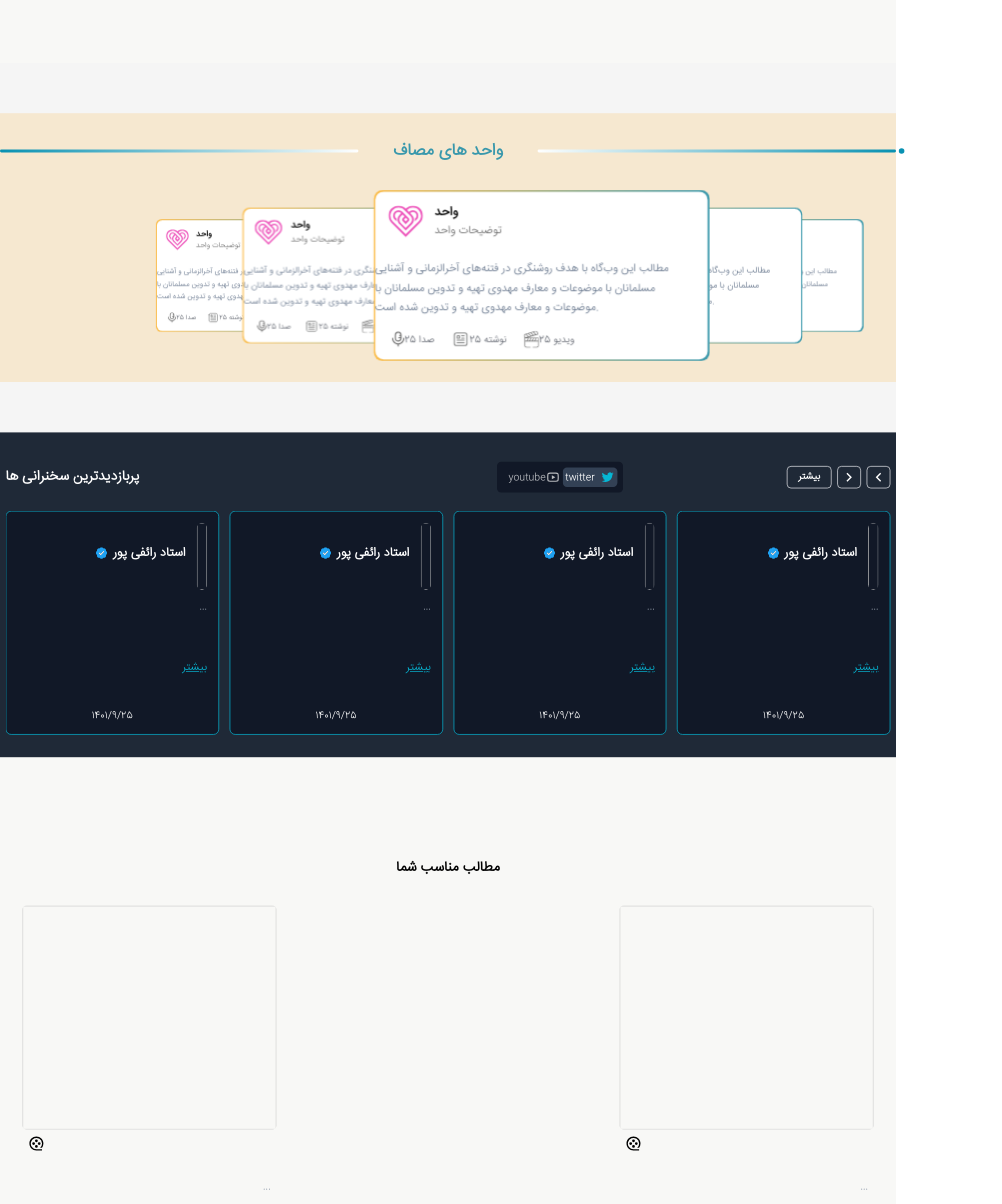
Repository: homan-tehrani/uiUserNative
Page: /
The author's editor kept a copy of each file at every save. The page is drawn from the files as they stood at one save, then again after the next save.
The browser window is 1280 px wide. The page is 1432 px wide, so the pictures cover 1432 px, including what lies to the right of the window. The pictures show the part of the page from y = 2164 to 3884 px (the page is 5134 px tall), at 70% of full size.
The page's requests for data from a server got no answer. The project was rebuilt for these pictures with package versions that can differ from the ones it lists, and the page was loaded fresh each time. The framework's server and built-in components were replaced by stand-ins that run in the browser. No one was signed in, and anything a server would have sent is missing. Also part of the build but not shown: next.config.js, src/components/MenuForUnits.js, src/components/AccordionForUnits.js, src/components/MenuResponsive.js.

Above is the page before, as saved 2023-04-25 09:48:24.

### src/pages/_app.js
import Layoute from 'components/layout/Layoute'
import 'styles/globals.css'

export default function App({ Component, pageProps }) {
  return <Layoute>
    <Component {...pageProps} />
  </Layoute>
}

### src/pages/index.js
import Head from 'next/head';
import Layoute from '../components/layout/Layoute';
import Loading from '../components/loading';
import Slider from '../components/Slider';
import Album1 from '../components/Album1';
import Invitation from '../components/Invitation';
import Album2 from '../components/Album2';
import Description from '../components/Description';
import Album3 from '../components/Album3';
import Suggestion from '../components/Suggestion';
import { useEffect } from 'react';

export default function Home({ datas }) {
  return (
    <>
      <Head>
        <title>خانه</title>
        <meta
          name="description"
          content="Generated by create next app"
        />
        <meta
          name="viewport"
          content="width=device-width, initial-scale=1"
        />
        <link rel="icon" href="/favicon.ico" />
      </Head>
      <main className="bg-[#F8F8F6]">

        <>
          <Slider />
          <Album1 />
          <Invitation />
          <Album2 />
          <Description />
          <Album3 />
          <Suggestion />
        </>

      </main>
    </>
  );
}

// export async function getStaticProps(context){

//   const res = await fetch("https://nativecontent.sirafgroup.com/api/v1/tag/contentByTag/")
//   const data = await res.json(res)
//   console.log(data);

//   if (!data) {
//     return {
//       notFound: true,
//     }
//   }

//   return{
//     props: {

//     }
//   }

// }

### src/components/layout/Layoute.js
import React from "react";
import Header from "./Header";
import Fotter from "./Fotter";
import Speech from "../Speech";

export default function Layoute({ children , datas }) {
  return (
    <>
      <Header  />
      <div>{children}</div>
      <Speech />
      <Fotter datas={datas} />
    </>
  );
}

### src/styles/globals.css
@tailwind base;
@tailwind components;
@tailwind utilities;

@font-face {
    font-family: iransans;
    src: url("../../public/assets/fonts/iransans/irsans-l.woff");
}

html , body{
    font-family: iransans;
  }

.slider-master
.swiper-pagination-bullet{
  width: 14px;
  height: 14px;
  background-color: #3998AC;
}

.slider-master
.swiper-pagination-bullet-active {
  width: 60px;
  border-radius: 60px;
}

### src/components/loading.js
const Loading =()=> {
    return (
      <div className="w-full h-full flex justify-center items-center py-5">
        <svg aria-hidden="true" class="w-12 h-12 text-gray-200 animate-spin dark:text-gray-600 fill-cyan-600" viewBox="0 0 100 101" fill="none" xmlns="http://www.w3.org/2000/svg">
            <path d="M100 50.5908C100 78.2051 77.6142 100.591 50 100.591C22.3858 100.591 0 78.2051 0 50.5908C0 22.9766 22.3858 0.59082 50 0.59082C77.6142 0.59082 100 22.9766 100 50.5908ZM9.08144 50.5908C9.08144 73.1895 27.4013 91.5094 50 91.5094C72.5987 91.5094 90.9186 73.1895 90.9186 50.5908C90.9186 27.9921 72.5987 9.67226 50 9.67226C27.4013 9.67226 9.08144 27.9921 9.08144 50.5908Z" fill="currentColor"/>
            <path d="M93.9676 39.0409C96.393 38.4038 97.8624 35.9116 97.0079 33.5539C95.2932 28.8227 92.871 24.3692 89.8167 20.348C85.8452 15.1192 80.8826 10.7238 75.2124 7.41289C69.5422 4.10194 63.2754 1.94025 56.7698 1.05124C51.7666 0.367541 46.6976 0.446843 41.7345 1.27873C39.2613 1.69328 37.813 4.19778 38.4501 6.62326C39.0873 9.04874 41.5694 10.4717 44.0505 10.1071C47.8511 9.54855 51.7191 9.52689 55.5402 10.0491C60.8642 10.7766 65.9928 12.5457 70.6331 15.2552C75.2735 17.9648 79.3347 21.5619 82.5849 25.841C84.9175 28.9121 86.7997 32.2913 88.1811 35.8758C89.083 38.2158 91.5421 39.6781 93.9676 39.0409Z" fill="currentFill"/>
        </svg>
      </div>
    );
  }

  export default Loading;

### src/components/Slider.js
import React, { useEffect, useState } from "react";
import { Swiper, SwiperSlide } from "swiper/react";
import { Navigation, EffectFade, Pagination, Scrollbar, A11y } from "swiper";
import { useRef } from "react";
import Loading from "./loading";
import ImageProfile from "assets/images/image.jpg";

import "swiper/css";
import "swiper/css/navigation";
import "swiper/css/pagination";
import "swiper/css/scrollbar";
import { sliderPhoto } from "../../src/db.json";
import Survey from "./Survey";

export default function Slider() {
  const [imagesSlider, setImagesSlider] = useState(null);
  const swiperRef = useRef();

  useEffect(() => {
    setImagesSlider(sliderPhoto);
  }, []);

  if (!imagesSlider) {
    return <Loading />;
  }

  return (
    <div className="container mx-auto w-full h-full  py-7 px-2">
      <Swiper
        wrapperClass="w-full"
        modules={[Navigation, Pagination, Scrollbar, A11y, EffectFade, Pagination]}
        spaceBetween="auto"
        loop={true}
        autoplay={{
          delay: 1000,
          disableOnInteraction: false,
        }}
        navigation={{
            nextEl: '.swiper-button-next',
            prevEl: '.swiper-button-prev',
        }}
        onBeforeInit={(swiper) => {
          swiperRef.current = swiper;
        }}
        slidesPerView={1}
        effect="fade"
        className="slider-master max-h-[32rem] min-h-full rounded-3xl overflow-hidden"
      >
        {imagesSlider.map((item) => (
          <SwiperSlide key={item.id} className="w-full h-full">
            <img
              className="w-full h-[32rem] object-cover"
              src="assets/images/image.jpg"
            />
          </SwiperSlide>
        ))}
        <div
          className="swiper-button-prev !text-white mx-8 after:!text-4xl"
        ></div>
        <div
          className="swiper-button-next !text-white mx-8 after:!text-4xl"
        ></div>

      </Swiper>
      <div className="custom-pagination"></div>
      <Survey/>

       </div>

  );
}

### src/components/Album3.js
import React, { useRef, useState, useEffect } from 'react';
import { Swiper, SwiperSlide } from 'swiper/react';
import 'swiper/css';
import 'swiper/css/pagination';
import { Pagination, Navigation } from 'swiper';
import Loading from './loading';
import MorSpeech from './MorSpeech';
import { albumPhoto3 } from '../../src/db.json';
import Link from 'next/link';

export default function Album3() {
  const [albumPhotos3, setAlbumPhotos3] = useState(null);

  const swiperRef = useRef();
  useEffect(() => {
    setAlbumPhotos3(albumPhoto3);
  }, []);

  const nextSlideHandler = () => {
    swiperRef.current?.slideNext();
  };

  const prevSlideHandler = () => {
    swiperRef.current?.slidePrev();
  };

  useEffect(() => {
    const fetchData = async () => {
      const response = await fetch(
        'https://nativecontent.sirafgroup.com/api/v1/category/contentByCategory/?categoryId=1&count=10'
      );
      const data = await response.json();
      setAlbumPhotos3(data.data);
    };
    fetchData();
  }, []);

  if (!albumPhotos3) {
    return <Loading />;
  }

  return (
    <div className="bg-gray-800 pt-16 md:pt-12 pb-8 mb-16  px-2 ">
      <div className="-translate-y-8 container mx-auto ">
        <div className="flex -translate-y-3 sm:translate-y-8 lg:translate-x-40 w-full items-center justify-center  gap-x-1 h-8   text-xsm text-white  px-1 rounded-sm">
          <div className="bg-gray-900  p-2 rounded-md flex items-center ">
            <Link
              href="http://www.youtube.com"
              className="text-sm opacity-70 bg-gray-900 ml-2"
            >
              youtube
              <svg
                xmlns="http://www.w3.org/2000/svg"
                className="fill-white inline mr-1"
                viewBox="0 0 24 24"
                width="20"
                height="20"
              >
                <path fill="none" d="M0 0h24v24H0z" />
                <path d="M19.606 6.995c-.076-.298-.292-.523-.539-.592C18.63 6.28 16.5 6 12 6s-6.628.28-7.069.403c-.244.068-.46.293-.537.592C4.285 7.419 4 9.196 4 12s.285 4.58.394 5.006c.076.297.292.522.538.59C5.372 17.72 7.5 18 12 18s6.629-.28 7.069-.403c.244-.068.46-.293.537-.592C19.715 16.581 20 14.8 20 12s-.285-4.58-.394-5.005zm1.937-.497C22 8.28 22 12 22 12s0 3.72-.457 5.502c-.254.985-.997 1.76-1.938 2.022C17.896 20 12 20 12 20s-5.893 0-7.605-.476c-.945-.266-1.687-1.04-1.938-2.022C2 15.72 2 12 2 12s0-3.72.457-5.502c.254-.985.997-1.76 1.938-2.022C6.107 4 12 4 12 4s5.896 0 7.605.476c.945.266 1.687 1.04 1.938 2.022zM10 15.5v-7l6 3.5-6 3.5z" />
              </svg>
            </Link>
            <Link
              href="http://www.twitter.com"
              className="text-sm bg-slate-700 p-1 rounded-md"
            >
              twitter
              <svg
                xmlns="http://www.w3.org/2000/svg"
                className="fill-cyan-500 inline ml-2"
                viewBox="0 0 24 24"
                width="20"
                height="20"
              >
                <path fill="none" d="M0 0h24v24H0z" />
                <path d="M22.162 5.656a8.384 8.384 0 0 1-2.402.658A4.196 4.196 0 0 0 21.6 4c-.82.488-1.719.83-2.656 1.015a4.182 4.182 0 0 0-7.126 3.814 11.874 11.874 0 0 1-8.62-4.37 4.168 4.168 0 0 0-.566 2.103c0 1.45.738 2.731 1.86 3.481a4.168 4.168 0 0 1-1.894-.523v.052a4.185 4.185 0 0 0 3.355 4.101 4.21 4.21 0 0 1-1.89.072A4.185 4.185 0 0 0 7.97 16.65a8.394 8.394 0 0 1-6.191 1.732 11.83 11.83 0 0 0 6.41 1.88c7.693 0 11.9-6.373 11.9-11.9 0-.18-.005-.362-.013-.54a8.496 8.496 0 0 0 2.087-2.165z" />
              </svg>
            </Link>
          </div>
        </div>
        <MorSpeech
          classMore="white"
          colorIcon="fill-white"
          colorText="text-white"
          nextButtonHandler={nextSlideHandler}
          prevButtonHandler={prevSlideHandler}
          content="پربازدیدترین سخنرانی ها"
        />
      </div>

      <Swiper
        slidesPerView={4}
        spaceBetween={15}
        modules={[Pagination, Navigation]}
        onBeforeInit={(swiper) => {
          swiperRef.current = swiper;
        }}
        breakpoints={{
          // when window width is >= 640px
          0: {
            slidesPerView: 1,
          },
          400: {
            slidesPerView: 2,
          },
          640: {
            slidesPerView: 3,
          },
          1024: {
            slidesPerView: 4,
          },
        }}
        className="container h-80  "
      >
        {albumPhotos3.map((item) => (
          <SwiperSlide
            key={item.id}
            dir="rtl"
            className=" bg-gray-900  p-4  text-white border border-cyan-500 rounded-lg cursor-pointer"
          >
            <Link
              href={`/units/${item.id}`}
              className="w-full h-full  flex flex-col justify-between "
            >
              <div className="flex  items-center w-full  ">
                <div className="w-24 h-24  rounded-full overflow-hidden">
                  <img
                    src={item.coverImage}
                    alt={item.title}
                    className="w-full h-full  rounded-full"
                  />
                </div>
                <div
                  dir="rtl"
                  className="flex flex-col items-start pr-4 text-lg"
                >
                  <p className="font-bold mb-2">
                    استاد رائفی پور
                    <svg
                      width="16"
                      height="17"
                      viewBox="0 0 16 17"
                      className="inline mr-2"
                      fill="none"
                      xmlns="http://www.w3.org/2000/svg"
                    >
                      <path
                        fill-rule="evenodd"
                        clip-rule="evenodd"
                        d="M5.34778 1.71013C5.85112 0.72607 6.84948 0.0551758 8 0.0551758C9.15052 0.0551758 10.1489 0.726069 10.6522 1.71012C11.6796 1.38313 12.8433 1.6403 13.6569 2.48339C14.4704 3.32646 14.7186 4.53243 14.403 5.5971C15.3526 6.11871 16 7.15331 16 8.3456C16 9.5379 15.3526 10.5725 14.403 11.0941C14.7186 12.1588 14.4704 13.3647 13.6569 14.2078C12.8433 15.0509 11.6796 15.3081 10.6522 14.9811C10.1489 15.9651 9.15052 16.636 8 16.636C6.84947 16.636 5.85112 15.9651 5.34778 14.9811C4.32041 15.3081 3.15669 15.0509 2.34314 14.2078C1.52961 13.3647 1.28144 12.1588 1.59698 11.0941C0.647392 10.5725 0 9.5379 0 8.3456C0 7.15331 0.647391 6.11871 1.59697 5.5971C1.28143 4.53243 1.5296 3.32646 2.34314 2.48339C3.15669 1.64031 4.32041 1.38313 5.34778 1.71013ZM11.81 6.26519C11.8686 6.32589 11.8686 6.42431 11.81 6.48502L7.07236 11.3946C7.01378 11.4553 6.91881 11.4553 6.86023 11.3946L4.24393 8.68335C4.18536 8.62265 4.18536 8.52422 4.24393 8.46352L5.09246 7.58419C5.15104 7.52348 5.24602 7.52348 5.30459 7.58419L6.86023 9.1963C6.91881 9.257 7.01378 9.257 7.07236 9.1963L10.7493 5.38585C10.8079 5.32515 10.9029 5.32515 10.9614 5.38585L11.81 6.26519Z"
                        fill="#1EA1F2"
                      />
                      <path
                        d="M11.81 6.48502C11.8686 6.42431 11.8686 6.32589 11.81 6.26519L10.9614 5.38585C10.9029 5.32515 10.8079 5.32515 10.7493 5.38585L7.07236 9.1963C7.01378 9.257 6.91881 9.257 6.86023 9.1963L5.30459 7.58419C5.24602 7.52348 5.15104 7.52348 5.09246 7.58419L4.24393 8.46352C4.18536 8.52422 4.18536 8.62265 4.24393 8.68335L6.86023 11.3946C6.91881 11.4553 7.01378 11.4553 7.07236 11.3946L11.81 6.48502Z"
                        fill="white"
                      />
                    </svg>
                  </p>

                  <p className="truncate w-60 font-bold">
                    {item.title}
                  </p>
                </div>
              </div>

              <div className=" w-full h-10 text-sm -translate-y-6">
                <p className="text-slate-300 mt-2">
                  {item?.summary?.substring(0, 150)}...
                </p>
              </div>

              <div className=" w-full h-10 ">
                <Link
                  className="text-cyan-500 "
                  href={`/units/${item.id}`}
                >
                  <u>بیشتر</u>
                </Link>
              </div>

              <div className=" text-center text-sm">
                <p>1401/9/25</p>
              </div>
            </Link>
          </SwiperSlide>
        ))}
      </Swiper>
    </div>
  );
}

### src/components/Speech.js
import React, { useEffect, useState } from "react";
import Loading from "./loading";
import {speech} from "../../src/db.json"

export default function Speech({ datas }) {
  const [imageSpeech, setImageSpeech] = useState(null);
  useEffect(() => {
    setImageSpeech(speech);
  }, []);

  if (!imageSpeech) {
    return <Loading />;
  }
  return (
    <div className="w-full flex justify-center items-center relative ">
      <div className="flex flex-col w-full h-max">
        <div className="flex flex-col w-full ">
          <img
            src={imageSpeech[0].src}
            alt={imageSpeech[0].alt}
            className="w-full h-full object-cover"
          />
        </div>
      </div>
    </div>
  );
}

### src/components/MorSpeech.js
import React from 'react'


export default function MorSpeech({nextButtonHandler , prevButtonHandler , icons , underline , content , colorIcon , colorText , classMore , moreHandler,addHandler}) {

  return (
    <div  className='flex flex-col justify-center   w-full h-max '>
      <div className='flex justify-between items-center gap-x-0   md:px-0 xs:gap-x-6 '>
        <p className={`${colorText} font-bold text-xl`}>{content}</p>

        {icons && <div  className='flex items-center justify-center w-max gap-x-1 h-8 bg-gray-900 ml-96 text-xsm text-white  px-1 rounded-sm'>

        <button className='flex items-center justify-center gap-x-1 opacity-70'>
        <p>youtube</p>
        <svg xmlns="http://www.w3.org/2000/svg" className='fill-white' viewBox="0 0 24 24" width="20" height="20"><path fill="none" d="M0 0h24v24H0z"/><path d="M19.606 6.995c-.076-.298-.292-.523-.539-.592C18.63 6.28 16.5 6 12 6s-6.628.28-7.069.403c-.244.068-.46.293-.537.592C4.285 7.419 4 9.196 4 12s.285 4.58.394 5.006c.076.297.292.522.538.59C5.372 17.72 7.5 18 12 18s6.629-.28 7.069-.403c.244-.068.46-.293.537-.592C19.715 16.581 20 14.8 20 12s-.285-4.58-.394-5.005zm1.937-.497C22 8.28 22 12 22 12s0 3.72-.457 5.502c-.254.985-.997 1.76-1.938 2.022C17.896 20 12 20 12 20s-5.893 0-7.605-.476c-.945-.266-1.687-1.04-1.938-2.022C2 15.72 2 12 2 12s0-3.72.457-5.502c.254-.985.997-1.76 1.938-2.022C6.107 4 12 4 12 4s5.896 0 7.605.476c.945.266 1.687 1.04 1.938 2.022zM10 15.5v-7l6 3.5-6 3.5z"/></svg>
            </button>
        <button className='flex items-center justify-center gap-x-1 bg-slate-700 p-1 rounded-md'>
        <p>twitter</p>
          <svg xmlns="http://www.w3.org/2000/svg" className='fill-cyan-500' viewBox="0 0 24 24" width="20" height="20"><path fill="none" d="M0 0h24v24H0z"/><path d="M22.162 5.656a8.384 8.384 0 0 1-2.402.658A4.196 4.196 0 0 0 21.6 4c-.82.488-1.719.83-2.656 1.015a4.182 4.182 0 0 0-7.126 3.814 11.874 11.874 0 0 1-8.62-4.37 4.168 4.168 0 0 0-.566 2.103c0 1.45.738 2.731 1.86 3.481a4.168 4.168 0 0 1-1.894-.523v.052a4.185 4.185 0 0 0 3.355 4.101 4.21 4.21 0 0 1-1.89.072A4.185 4.185 0 0 0 7.97 16.65a8.394 8.394 0 0 1-6.191 1.732 11.83 11.83 0 0 0 6.41 1.88c7.693 0 11.9-6.373 11.9-11.9 0-.18-.005-.362-.013-.54a8.496 8.496 0 0 0 2.087-2.165z"/></svg>

          </button>
        </div>}
        <div className='flex gap-x-2 '>
            <button onClick={()=>moreHandler} className={`text-${classMore} border border-${classMore} xs:w-12 font-bold text-sm rounded-md w-16 h-8`}>بیشتر</button>
            <button className='border rounded-md px-1' onClick={prevButtonHandler}>
            <svg xmlns="http://www.w3.org/2000/svg" className={colorIcon} viewBox="0 0 24 24" width="24" height="24"><path fill="none" d="M0 0h24v24H0z"/><path d="M13.172 12l-4.95-4.95 1.414-1.414L16 12l-6.364 6.364-1.414-1.414z"/></svg>
            </button>
            <button className='border rounded-md px-1 ' onClick={nextButtonHandler}>
            <svg xmlns="http://www.w3.org/2000/svg" className={colorIcon} viewBox="0 0 24 24" width="24" height="24"><path fill="none" d="M0 0h24v24H0z"/><path d="M10.828 12l4.95 4.95-1.414 1.414L8 12l6.364-6.364 1.414 1.414z"/></svg>
            </button>
        </div>
      </div>
      {underline && <div className='bg-blue-200 h-0.5 w-full mt-3 bg-gradient-to-l from-blue-300 to-white'></div>}
    </div>
  )
}

### tailwind.config.js
/** @type {import('tailwindcss').Config} */
module.exports = {
  content: [
    "./app/**/*.{js,ts,jsx,tsx}",
    "./pages/**/*.{js,ts,jsx,tsx}",
    "./components/**/*.{js,ts,jsx,tsx}",

    // Or if using `src` directory:
    "./src/**/*.{js,ts,jsx,tsx}",
  ],
  theme: {
    extend: {
      screens:{
        'xs':{'max':'430px'},
      },
      spacing: {
        '148': '37rem',
        '120':'36rem',
        '152':'42rem',
        '90':'25rem',
        '98':'28rem',
        '100':'30rem',
        '110':'33rem',
        'ppx':'0.5px',
        '400px': '400px',
        '300px':'300px',
        '1200px':'1200px',
        '370px':'370px',
        '305px':'305px',
        '282px':'282px'
      },
      fontSize:{
        tsm:['13px','19px'],
        ssm:['12px','18px'],
        xsm:['11px','17px'],
        xxsm:['10px','16px'],
        xxxsm:['8px','12px'],
      },
    },
  },
  plugins: [],
}

Loaded but not shown: src/db.json (58 lines, source omitted); src/components/layout/Header.js (172 lines, source omitted); src/components/layout/Fotter.js (133 lines, source omitted); src/components/NavBar.js (92 lines, source omitted); src/components/Description.js (198 lines, source omitted); src/components/Album1.js (169 lines, source omitted); src/components/Invitation.js (47 lines, source omitted); src/components/Survey.js (87 lines, source omitted); src/components/Album2.js (138 lines, source omitted); src/components/Suggestion.js (107 lines, source omitted)

After the next save:
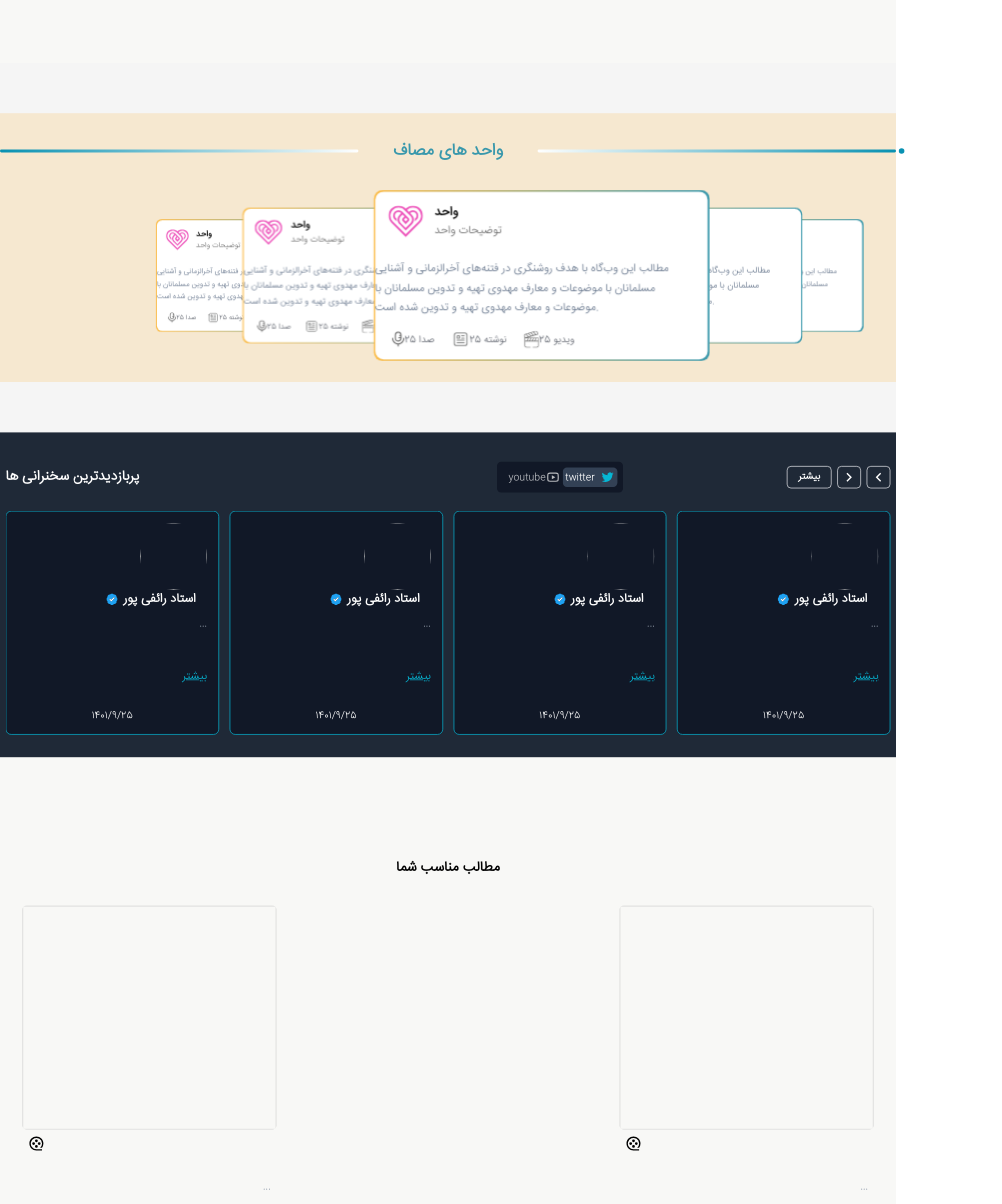
Saved 24 s later.
--- a/src/components/Album3.js
+++ b/src/components/Album3.js
@@ -122,7 +122,7 @@ export default function Album3() {
               href={`/units/${item.id}`}
               className="w-full h-full  flex flex-col justify-between "
             >
-              <div className="flex  items-center w-full  ">
+              <div className="">
                 <div className="w-24 h-24  rounded-full overflow-hidden">
                   <img
                     src={item.coverImage}
